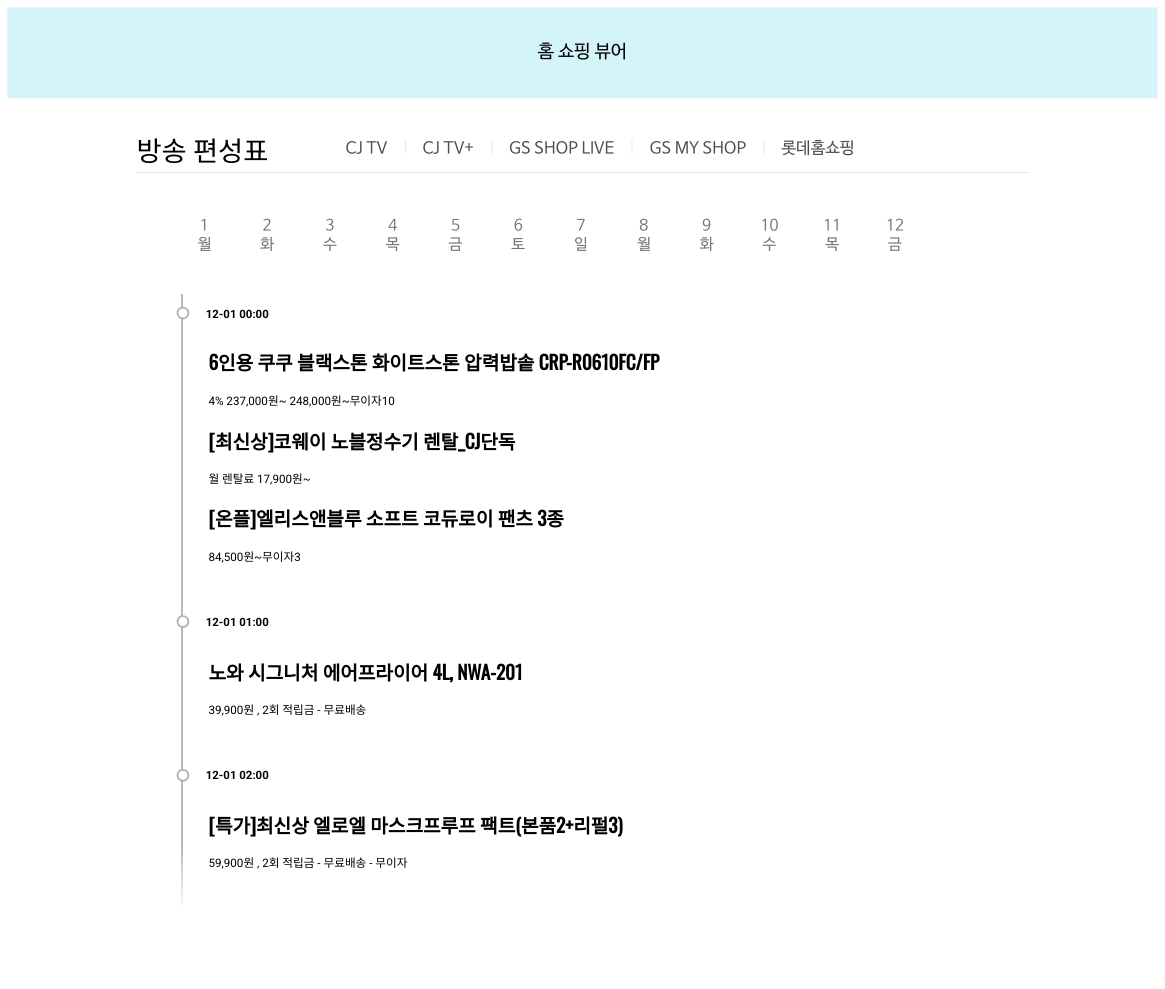
Repository: Kds010/HomeShopping
Page: http://localhost/index
The author's editor kept a copy of each file at every save. The page is drawn from the files as they stood at one save, then again after the next save.
The browser window is 1280 px wide. The pictures show the whole page, at 91% of full size.
The page is this project's Thymeleaf template; nobody is signed in. The template is opened directly, without the code that normally fills it, so the values that code supplies are empty.

Above is the page before, as saved 2021-12-18 10:21:51.

### homeshopping/src/main/resources/templates/index.html
<!DOCTYPE html>
<html xmlns:th="http://www.thymeleaf.org">
<head>
<meta charset="UTF-8">
<title>SC쇼핑바라기</title>
</head>
<body>
<div id="wrap">
	<th:block th:replace="header.html"></th:block>
	<div id="container">
		<div class="content">
			<div class="fiexd_wrap">

				<div class="fixed_wrap_div">
					<h2 class="fiexd_wrap_tit">방송 편성표</h2>
					<ul class="ch_list_tab" id="ch_list_tab">
						<li class="">CJ TV</li>
						<li class="">CJ TV+</li>
						<li class="">GS SHOP LIVE</li>
						<li class="">GS MY SHOP</li>
						<li class="">롯데홈쇼핑</li>
					</ul>
				</div>

				<ul class="list_date" id="scheduleDate">
					<li data-dt="20211201">
						<a href="javascript:;" class="date_cont">
							<span class="num_date">1</span>
							<span class="txt_date">월</span></a></li>
					<li data-dt="20211202">
						<a href="javascript:;" class="date_cont">
							<span class="num_date">2</span>
							<span class="txt_date">화</span></a></li>
					<li data-dt="20211203">
						<a href="javascript:;" class="date_cont">
							<span class="num_date">3</span>
							<span class="txt_date">수</span></a></li>
					<li data-dt="20211204">
						<a href="javascript:;" class="date_cont">
							<span class="num_date">4</span>
							<span class="txt_date">목</span></a></li>
					<li data-dt="20211205">
						<a href="javascript:;" class="date_cont">
							<span class="num_date">5</span>
							<span class="txt_date">금</span></a></li>
					<li data-dt="20211206">
						<a href="javascript:;" class="date_cont">
							<span class="num_date">6</span>
							<span class="txt_date">토</span></a></li>
					<li data-dt="20211207">
						<a href="javascript:;" class="date_cont">
							<span class="num_date">7</span>
							<span class="txt_date">일</span></a></li>
					<li data-dt="20211208">
						<a href="javascript:;" class="date_cont">
							<span class="num_date">8</span>
							<span class="txt_date">월</span></a></li>
					<li data-dt="20211209">
						<a href="javascript:;" class="date_cont">
							<span class="num_date">9</span>
							<span class="txt_date">화</span></a></li>
					<li data-dt="20211210">
						<a href="javascript:;" class="date_cont">
							<span class="num_date">10</span>
							<span class="txt_date">수</span></a></li>
					<li data-dt="20211211">
						<a href="javascript:;" class="date_cont">
							<span class="num_date">11</span>
							<span class="txt_date">목</span></a></li>
					<li data-dt="20211212">
						<a href="javascript:;" class="date_cont">
							<span class="num_date">12</span>
							<span class="txt_date">금</span></a></li>
				</ul>
			</div>

			<div class="state_bar past" id="status_bar_area" style="display: block;">

			</div>

			<div class="cont-list">

				<div class="timeline-item" date-is='12-01 00:00'>
					<h2>6인용 쿠쿠 블랙스톤 화이트스톤 압력밥솥 CRP-R0610FC/FP</h2>
					<p>
						4% 237,000원~ 248,000원~무이자10
					</p>
					<h2>[최신상]코웨이 노블정수기 렌탈_CJ단독</h2>
					<p>
						월 렌탈료 17,900원~
					</p>
					<h2>[온플]엘리스앤블루 소프트 코듀로이 팬츠 3종</h2>
					<p>
						84,500원~무이자3
					</p>
				</div>

				<div class="timeline-item" date-is='12-01 01:00'>
					<h2>노와 시그니처 에어프라이어 4L, NWA-201</h2>
					<p>
						39,900원 , 2회 적립금 - 무료배송
					</p>
				</div>

				<div class="timeline-item" date-is='12-01 02:00'>
					<h2>[특가]최신상 엘로엘 마스크프루프 팩트(본품2+리펄3)</h2>
					<p>
						59,900원 , 2회 적립금 - 무료배송 - 무이자
					</p>
				</div>

			</div>

		</div>
	</div>
</div>
</body>
</html>

### homeshopping/src/main/resources/templates/header.html
<!DOCTYPE html>
<html>
<head>
<meta charset="UTF-8">
<link rel="stylesheet" type="text/css" href="/css/main.css">
<link rel="stylesheet" type="text/css" href="/css/font.css">
<script src="/js/jquery-3.6.0.js" defer></script>
<script src="/js/index.js" defer></script>
</head>
<body>
<div class="header">
	<div class="header-content">
		홈 쇼핑 뷰어
	</div>
</div>
</body>
</html>

### homeshopping/src/main/resources/static/css/main.css
@charset "UTF-8";

/* // ----------------  THE BASICS */

@import url('https://fonts.googleapis.com/css?family=Oswald|Roboto:400,700');

/* // ----------------  THE FONTS */

h1, h2, h3, h4, h5, h6 {
	font-family: 'Oswald', sans-serif;
}

h1 {
	font-size: 2rem;
	margin-bottom: .5em;
}

p {
	font-family: 'Roboto', sans-serif;
	font-size: .8rem;
}


body{
	font-family: 'NanumBarunGothic', sans-serif;
    /* font-size: 12px; */
    font-size: 14px;
    line-height: 1.5;
}


div{
	display:block;
}

li, ol, ul{
	list-style: none;
}

li{
	display: list-item;
    text-align: -webkit-match-parent;
}

ul{
	list-style-type: disc;
}

a{
	color: inherit;
    text-decoration: none;
}

/* h1, h2, h3, h4, h5, h6{
	display: block;
    font-size: 1.5em;
    margin-block-start: 0.83em;
    margin-block-end: 0.83em;
    margin-inline-start: 0px;
    margin-inline-end: 0px;
    font-weight: bold;
} */

#wrap{
	min-width: 1240px;
}

.header {
	display: flex;
	background: #D4F4FA;
	width: 100%;
	height: 100px;
	font-size:20px;
	text-align: center;
}

.header-content{
    width: 1180px;
    margin: auto;
}

#container{
	position: relative;
    width: 1180px;
    min-height: 802px;
    margin: 0 auto;
    padding-bottom: 80px;
    zoom: 1;
}

.content{
	width:980px;
	margin:0 auto;
}

.fiexd_wrap{
	width:980px;
	margin-top: 30px;
}

.fixed_wrap_div{
	overflow: hidden;
	margin-bottom: 10px;
	border-bottom: 1px solid #e5e5e5;
}


.fiexd_wrap_tit{
	float: left;
    margin-top: 3px;
    margin-bottom: 3px;
    font-weight: 400;
    font-size: 30px;
    line-height: 1.5;
}

.ch_list_tab{
	overflow: hidden;
    float: left;
    margin: 12px 0 0 6px;
}

.ch_list_tab li{
	position: relative;
    float: left;
    margin-left: 39px;
    font-size: 18px;
    color: #4d4d4d;
    text-decoration: none;
}

.ch_list_tab li:nth-child(1):after {
    content: normal;
}

.ch_list_tab li:after {
	position: absolute;
    top: 4px;
    left: -20px;
    width: 1px;
    height: 15px;
    background-color: #e6e6e6;
    content: '';
}

.list_date {
	display: inline-block;
}

.list_date li{
	vertical-align: top;
	float: left;
    padding: 10px 3px;
    color: #767676;
    text-align: center;
    margin:0;
}

.list_date .date_cont{
	display: block;
    width: 31px;
    padding: 14px 16px 10px;
    font-size: 17px;
    line-height: 21px;
    text-decoration: none;
}

.list_date .num_date{
	display: block;
    height: 20px;
}

.list_date .txt_date{
	display: block;
    line-height: 24px;
}



/* // ----------------  LAYOUT */

.cont-list {
	max-width: 1024px;
	width: 90%;
	margin: 0 auto;
}

/* // ----------------  THE FONTS */

/* $border-color: rgba(black, .3); */

.timeline-item {
	padding: 3em 2em 2em;
	position: relative;
	color: rgba(black, .7);
	/* border-left: 2px solid $border-color; */
	border-left: 2px solid rgba(0, 0, 0, 0.3);
}
.timeline-item::before {
		content: attr(date-is);
		position: absolute;
		left: 2em;
		font-weight: bold;
		top: 1em;
		display: block;
		font-family: 'Roboto', sans-serif;
		font-weight: 700;
		font-size: .785rem;
	}

.timeline-item::after {
		width: 10px;
		height: 10px;
		display: block;
		top: 1em;
		position: absolute;
		left: -7px;
		border-radius: 10px;
		content: "";
		/* border: 2px solid $border-color; */
		border: 2px solid rgba(0, 0, 0, 0.3);
		background: white;
	}

.timeline-item:last-child {
			border-image: linear-gradient(to bottom, rgba(0, 0, 0, 0.3) 60%, rgba(0, 0, 0, 0)) 1 100%;
		;
	}
}

.timeline-item	p {
		font-size: 1rem;
}

### homeshopping/src/main/resources/static/css/font.css
@charset "UTF-8";
@font-face {
    font-family: 'NanumBarunGothic';
    src:url('/fonts/NanumBarunGothic.ttf') format('woff'),
        url('/fonts/NanumBarunGothic.ttf') format('woff2');
    font-weight: 400;
}

Loaded but not shown: homeshopping/src/main/resources/static/js/jquery-3.6.0.js (library); homeshopping/src/main/resources/static/js/index.js (no copy from this time; the picture is the same without it)

After the next save:
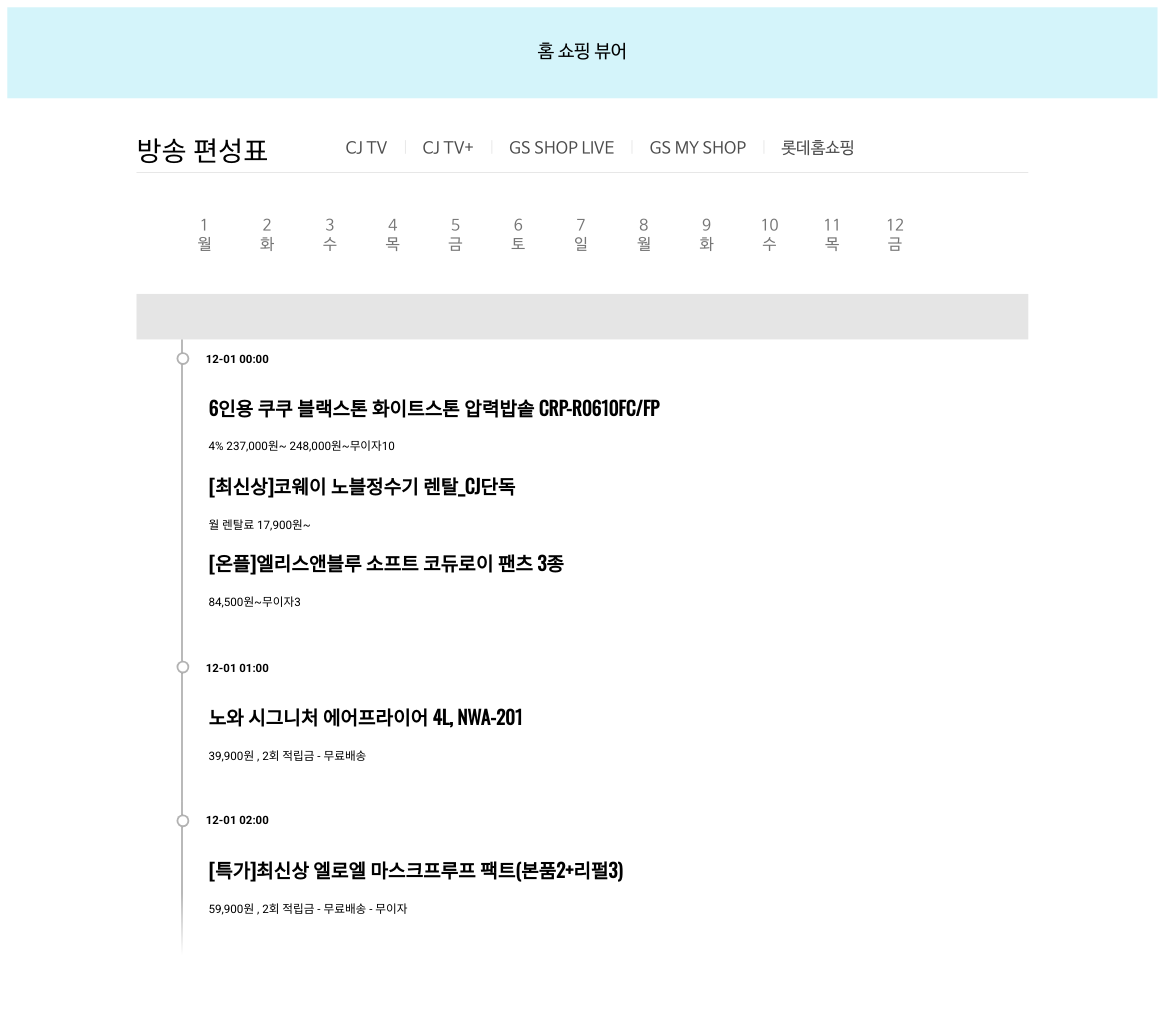
Saved 39 s later.
--- a/homeshopping/src/main/resources/static/css/main.css
+++ b/homeshopping/src/main/resources/static/css/main.css
@@ -231,3 +231,13 @@ a{
 .timeline-item	p {
 		font-size: 1rem;
 }
+
+.state_bar{
+	overflow: hidden;
+    height: 50px;
+    background-color: #e5e5e5;
+}
+
+.state_bar .past{
+	background-color: #868686;
+}
